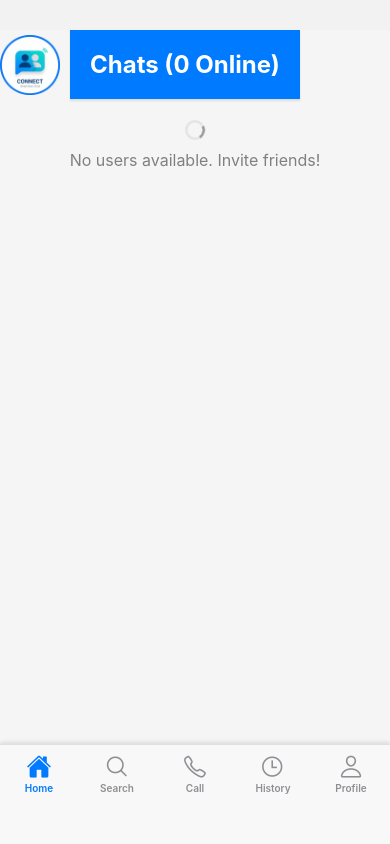
Repository: UdayRaj04/Chatapp_native
Screen: /MainTabs (app in ChatAppFrontend/)
These files come from the project's save history. The screen is drawn as it stood at one moment and after the next save; the edit follows.
The app was drawn by React Native's web renderer in a window 390 px wide. The project was rebuilt for these pictures with package versions that can differ from the ones it lists, and the page was loaded fresh each time. Some packages were replaced by stand-ins written for this rebuild. Also part of the build but not shown: ChatAppFrontend/screens/RegisterScreen.tsx, ChatAppFrontend/screens/ChatScreen.tsx, ChatAppFrontend/screens/SearchScreen.tsx, ChatAppFrontend/screens/AnalyticsScreen.tsx, ChatAppFrontend/screens/HistoryScreen.tsx, ChatAppFrontend/screens/ProfileScreen.tsx.

Above is the screen before, as saved 2025-09-09 17:51:48.

### ChatAppFrontend/App.tsx
import 'react-native-get-random-values';  // Polyfill first
import React from 'react';
import { NavigationContainer } from '@react-navigation/native';
import { createStackNavigator } from '@react-navigation/stack';
import { createBottomTabNavigator } from '@react-navigation/bottom-tabs';
import { Ionicons } from '@expo/vector-icons';
import { LogBox, View } from 'react-native';
import { SafeAreaProvider } from 'react-native-safe-area-context';  // New: For dynamic insets

// Suppress warnings
LogBox.ignoreLogs([
  'Text strings must be rendered within a <Text> component',
  'VirtualizedList: You have a large list that is slow to initial render',
  'Require cycle:',
  /Warning: [A-Za-z ]*Text strings[A-Za-z ]*/,
]);

// Your existing screens
import LoginScreen from './screens/LoginScreen';
import RegisterScreen from './screens/RegisterScreen';
import ChatListScreen from './screens/ChatListScreen';
import ChatScreen from './screens/ChatScreen';

// Placeholder screens (ensure they exist)
import SearchScreen from './screens/SearchScreen';
import AnalyticsScreen from './screens/AnalyticsScreen';
import HistoryScreen from './screens/HistoryScreen';
import ProfileScreen from './screens/ProfileScreen';

const Stack = createStackNavigator();
const Tab = createBottomTabNavigator();

// Main Tab Navigator (enhanced with safe area for no overlap)
function MainTabs() {
  return (
    <Tab.Navigator
      screenOptions={({ route }) => ({
        tabBarIcon: ({ focused, color, size }) => {
          let iconName: keyof typeof Ionicons.glyphMap;

          if (route.name === 'Chats') {
            iconName = focused ? 'home' : 'home-outline';
          } else if (route.name === 'Search') {
            iconName = focused ? 'search' : 'search-outline';
          } else if (route.name === 'Call') {
            iconName = focused ? 'call' : 'call-outline';
          } else if (route.name === 'History') {
            iconName = focused ? 'time' : 'time-outline';
          } else {
            iconName = focused ? 'person' : 'person-outline';
          }

          return <Ionicons name={iconName} size={size} color={color} />;
        },
        tabBarActiveTintColor: '#007AFF',
        tabBarInactiveTintColor: '#8e8e93',
        tabBarStyle: {
          backgroundColor: '#f8f8f8',
          borderTopWidth: 0.5,
          borderTopColor: '#e0e0e0',
          elevation: 8,
          shadowColor: '#000',
          shadowOffset: { width: 0, height: -2 },
          shadowOpacity: 0.1,
          shadowRadius: 4,
          height: 100,  // Increased: Taller tab bar (60 was too tight; 70 + labels)
          paddingBottom: 50,  // Reduced top padding for balance
          paddingTop: 5,
          position: 'absolute',  // Explicit: Ensures absolute positioning
          bottom: 0,  // Pin to bottom
          left: 0,
          right: 0,
          marginBottom: 0,  // No extra margin
        },
        tabBarLabelStyle: {
          fontSize: 10,
          fontWeight: '600',
          marginBottom: 0,  // Tight labels
        },
        headerShown: false,
        lazy: true,
        // New: Apply safe area padding to tab screens (prevents overlap)
        cardStyle: { paddingBottom: 0 },  // No extra card padding
      })}
    >
      <Tab.Screen name="Chats" component={ChatListScreen} options={{ title: 'Home' }} />
      <Tab.Screen name="Search" component={SearchScreen} options={{ title: 'Search' }} />
      <Tab.Screen name="Call" component={AnalyticsScreen} options={{ title: 'Call' }} />
      <Tab.Screen name="History" component={HistoryScreen} options={{ title: 'History' }} />
      <Tab.Screen name="Profile" component={ProfileScreen} options={{ title: 'Profile' }} />
    </Tab.Navigator>
  );
}

// Main App - Wrapped in SafeAreaProvider
export default function App() {
  return (
    <SafeAreaProvider>  {/* New: Enables useSafeAreaInsets() */}
      <View style={{ flex: 1 }}>
        <NavigationContainer>
          <Stack.Navigator
            initialRouteName="Login"
            screenOptions={{
              headerShown: false,
              cardStyle: { backgroundColor: '#f5f5f5' },
            }}
          >
            <Stack.Screen name="Login" component={LoginScreen} />
            <Stack.Screen name="Register" component={RegisterScreen} />
            <Stack.Screen name="MainTabs" component={MainTabs} />
            <Stack.Screen
              name="Chat"
              component={ChatScreen}
              options={{
                headerShown: true,
                headerTitle: 'Chat',
                headerStyle: { backgroundColor: '#007AFF' },
                headerTintColor: '#fff',
                presentation: 'modal',
                // Hide tabs in chat to avoid overlap
                tabBarStyle: { display: 'none' },
              }}
            />
          </Stack.Navigator>
        </NavigationContainer>
      </View>
    </SafeAreaProvider>
  );
}

### ChatAppFrontend/screens/LoginScreen.tsx
import React, { useState } from 'react';
import {
  View,
  TextInput,
  TouchableOpacity,
  Text,
  StyleSheet,
  Alert,
  ActivityIndicator,
  KeyboardAvoidingView,
  Platform,
  Image,  // New: For logo
} from 'react-native';
import { Ionicons } from '@expo/vector-icons';  // For input icons
import { useSafeAreaInsets } from 'react-native-safe-area-context';  // For insets (provider in App.tsx)
import { useNavigation } from '@react-navigation/native';  // For navigation
import AsyncStorage from '@react-native-async-storage/async-storage';
import axios, { AxiosError } from 'axios';

const API_BASE = 'http://192.168.29.93:5000/api';

interface LoginResponse {
  token: string;
  user: {
    id?: string;
    _id?: string;
    username: string;
    email: string;
  };
}

export default function LoginScreen() {
  const [email, setEmail] = useState<string>('');
  const [password, setPassword] = useState<string>('');
  const [loading, setLoading] = useState<boolean>(false);
  const [emailError, setEmailError] = useState<string>('');
  const [passwordError, setPasswordError] = useState<string>('');
  const navigation = useNavigation<any>();
  const insets = useSafeAreaInsets();  // Use insets from root provider

  const validateEmail = (email: string): boolean => {
    const emailRegex = /^[^\s@]+@[^\s@]+\.[^\s@]+$/;
    if (!email) {
      setEmailError('Email is required');
      return false;
    }
    if (!emailRegex.test(email)) {
      setEmailError('Invalid email format');
      return false;
    }
    setEmailError('');
    return true;
  };

  const validatePassword = (password: string): boolean => {
    if (!password) {
      setPasswordError('Password is required');
      return false;
    }
    if (password.length < 6) {
      setPasswordError('Password must be at least 6 characters');
      return false;
    }
    setPasswordError('');
    return true;
  };

  const handleLogin = async (): Promise<void> => {
    if (!validateEmail(email) || !validatePassword(password)) return;

    setLoading(true);
    try {
      const response = await axios.post<LoginResponse>(`${API_BASE}/auth/login`, {
        email,
        password,
      });
      await AsyncStorage.setItem('token', response.data.token);
      await AsyncStorage.setItem('user', JSON.stringify(response.data.user));
      navigation.replace('MainTabs');  // Navigate to tabs on success
    } catch (err) {
      const error = err as AxiosError;
      Alert.alert('Login Failed', error.response?.data?.error || 'Invalid credentials');
    } finally {
      setLoading(false);
    }
  };

  return (
    <KeyboardAvoidingView
      style={[styles.container, { paddingTop: insets.top }]}
      behavior={Platform.OS === 'ios' ? 'padding' : 'height'}
      enabled={true}
    >
      {/* Title with Logo */}
      <View style={styles.titleContainer}>
        {/* New: Bigger Logo */}
        <Image
          source={require('../assets/logos.png')}  // Adjust path if needed (e.g., '../../assets/logo.png')
          style={styles.logo}
          resizeMode="contain"
        />
        <Text style={styles.title}>Seamless Chat</Text>
        <Text style={styles.subtitle}>Welcome back! Sign in to continue</Text>
      </View>

      {/* Form */}
      <View style={styles.formContainer}>
        {/* Email Input */}
        <View style={styles.inputContainer}>
          <Ionicons name="mail" size={24} color="#999" style={styles.inputIcon} />
          <TextInput
            style={[styles.input, emailError ? styles.inputError : null]}
            value={email}
            onChangeText={(text) => {
              setEmail(text);
              if (emailError) validateEmail(text);
            }}
            placeholder="Email"
            keyboardType="email-address"
            autoCapitalize="none"
            onBlur={() => validateEmail(email)}
          />
        </View>
        {emailError ? <Text style={styles.errorText}>{emailError}</Text> : null}

        {/* Password Input */}
        <View style={styles.inputContainer}>
          <Ionicons name="lock-closed" size={24} color="#999" style={styles.inputIcon} />
          <TextInput
            style={[styles.input, passwordError ? styles.inputError : null]}
            value={password}
            onChangeText={(text) => {
              setPassword(text);
              if (passwordError) validatePassword(text);
            }}
            placeholder="Password"
            secureTextEntry={true}
            onBlur={() => validatePassword(password)}
          />
        </View>
        {passwordError ? <Text style={styles.errorText}>{passwordError}</Text> : null}

        {/* Login Button */}
        <TouchableOpacity
          style={[styles.button, loading ? styles.buttonDisabled : null]}
          onPress={handleLogin}
          disabled={loading}
          activeOpacity={0.7}
        >
          {loading ? (
            <ActivityIndicator size="small" color="#fff" />
          ) : (
            <Text style={styles.buttonText}>Login</Text>
          )}
        </TouchableOpacity>

        {/* Register Link */}
        <TouchableOpacity
          style={styles.linkContainer}
          onPress={() => navigation.navigate('Register')}
        >
          <Text style={styles.linkText}>Don't have an account? Register</Text>
        </TouchableOpacity>
      </View>
    </KeyboardAvoidingView>
  );
}

const styles = StyleSheet.create({
  container: {
    flex: 1,
    backgroundColor: '#f5f5f5',
    justifyContent: 'center',
    alignItems: 'center',
  },
  titleContainer: {
    alignItems: 'center',
    marginBottom: 50,  // Increased: More space after logo/title to form
  },
  // New: Logo Style (Bigger, Centered)
  logo: {
    width: 120,  // Bigger size - adjust as needed (e.g., 100 for smaller)
    height: 120,
    marginBottom: 20,  // Space between logo and title
    alignSelf: 'center',
  },
  title: {
    fontSize: 32,
    fontWeight: 'bold',
    color: '#333',
    marginBottom: 5,
  },
  subtitle: {
    fontSize: 16,
    color: '#666',
    textAlign: 'center',
  },
  formContainer: {
    width: '85%',  // Responsive width
    alignItems: 'center',
  },
  inputContainer: {
    flexDirection: 'row',
    alignItems: 'center',
    backgroundColor: '#fff',
    borderRadius: 10,
    marginBottom: 15,
    paddingHorizontal: 15,
    elevation: 2,
    shadowColor: '#000',
    shadowOffset: { width: 0, height: 1 },
    shadowOpacity: 0.1,
    shadowRadius: 2,
    width: '100%',
  },
  inputIcon: {
    marginRight: 10,
  },
  input: {
    flex: 1,
    paddingVertical: 12,
    fontSize: 16,
    color: '#333',
  },
  inputError: {
    borderWidth: 1,
    borderColor: '#ff6b6b',
  },
  errorText: {
    color: '#ff6b6b',
    fontSize: 12,
    marginBottom: 10,
    alignSelf: 'flex-start',
  },
  button: {
    backgroundColor: '#007AFF',
    borderRadius: 10,
    paddingVertical: 15,
    width: '100%',
    alignItems: 'center',
    marginTop: 10,
    elevation: 2,
    shadowColor: '#007AFF',
    shadowOffset: { width: 0, height: 2 },
    shadowOpacity: 0.2,
    shadowRadius: 4,
  },
  buttonDisabled: {
    backgroundColor: '#ccc',
  },
  buttonText: {
    color: '#fff',
    fontSize: 18,
    fontWeight: 'bold',
  },
  linkContainer: {
    marginTop: 20,
    alignItems: 'center',
  },
  linkText: {
    color: '#007AFF',
    fontSize: 16,
    textDecorationLine: 'underline',
  },
});

### ChatAppFrontend/screens/ChatListScreen.tsx
import React, { useState, useEffect } from 'react';
import {
  View,
  FlatList,
  Text,
  TouchableOpacity,
  StyleSheet,
  Alert,
  ActivityIndicator,
  Image,
} from 'react-native';
import { Ionicons } from '@expo/vector-icons';  // New: For user icons (person-circle)
import { useSafeAreaInsets } from 'react-native-safe-area-context';  // From previous (for padding)
import AsyncStorage from '@react-native-async-storage/async-storage';
import axios, { AxiosError } from 'axios';
import io, { Socket } from 'socket.io-client';

const API_BASE = 'http://192.168.29.93:5000/api';

interface User {
  _id: string;
  id?: string;
  username: string;
  email: string;
}

export default function ChatListScreen({ navigation }: { navigation: any }) {
  const [users, setUsers] = useState<User[]>([]);
  const [loading, setLoading] = useState<boolean>(true);
  const [currentUser, setCurrentUser] = useState<User | null>(null);
  const [socket, setSocket] = useState<Socket | null>(null);
  const [onlineUsers, setOnlineUsers] = useState<Set<string>>(new Set());

  // Safe area for dynamic padding (from previous)
  const insets = useSafeAreaInsets();
  const bottomPadding = Math.max(120, insets.bottom + 70);

  useEffect(() => {
    loadUser();
    fetchUsers();

    const initSocket = async () => {
      const token = await AsyncStorage.getItem('token');
      if (token) {
        const newSocket = io(API_BASE.replace('/api', ''), {
          auth: { token },
        });
        setSocket(newSocket);
        newSocket.on('connect_error', () => Alert.alert('Socket Error', 'Connection failed'));

        newSocket.on('userOnline', (data) => {
          console.log('User online:', data.userId);
          setOnlineUsers((prev) => new Set([...prev, data.userId]));
        });

        newSocket.on('userOffline', (data) => {
          console.log('User offline:', data.userId);
          setOnlineUsers((prev) => {
            const newSet = new Set(prev);
            newSet.delete(data.userId);
            return newSet;
          });
        });

        newSocket.on('onlineUsersList', (data) => {
          console.log('Initial online users:', data.onlineUsers);
          setOnlineUsers(new Set(data.onlineUsers));
        });

        newSocket.on('connect', () => {
          console.log('Socket connected - requesting online users');
          newSocket.emit('getOnlineUsers');
        });
      }
    };
    initSocket();

    return () => {
      socket?.disconnect();
    };
  }, []);

  const loadUser = async (): Promise<void> => {
    const userStr = await AsyncStorage.getItem('user');
    if (userStr) {
      setCurrentUser(JSON.parse(userStr));
    }
    setLoading(false);
  };

  const fetchUsers = async (): Promise<void> => {
    const token = await AsyncStorage.getItem('token');
    if (!token) return;
    try {
      const response = await axios.get<User[]>(`${API_BASE}/users`, {
        headers: { Authorization: `Bearer ${token}` },
      });
      const validUsers = response.data.filter(u =>
        u && u.username && (u._id || u.id) && typeof u.username === 'string'
      );
      setUsers(validUsers);
    } catch (err) {
      const error = err as AxiosError;
      Alert.alert('Error', error.response?.data?.error || 'Failed to load users');
    }
  };

  const startChat = (otherUser: User): void => {
    const userId = otherUser.id || otherUser._id;
    console.log('Starting chat with userId:', userId);
    if (!userId) {
      Alert.alert('Error', 'Invalid user data');
      return;
    }
    navigation.navigate('Chat', {
      otherUserId: userId,
      otherUserName: otherUser.username,
    });
  };

  const renderUser = ({ item }: { item: User }): JSX.Element => {
    if (!item || !item.username || !(item._id || item.id)) {
      return (
        <View style={styles.userItem}>
          <View style={styles.userContent}>
            <Text style={styles.username}>Invalid user entry</Text>
          </View>
        </View>
      );
    }
    const userId = item.id || item._id;
    const isOnline = onlineUsers.has(userId);
    const userIdShort = userId.substring(0, 8) + '...';
    return (
      <TouchableOpacity onPress={() => startChat(item)} style={styles.userItem} activeOpacity={0.7}>
        <View style={styles.userContent}>
          {/* New: User icon on left */}
          <View style={styles.iconContainer}>
            <Ionicons
              name="person-circle"
              size={50}
              color={isOnline ? '#007AFF' : '#ccc'}  // Green for online, gray for offline
            />
            {/* Optional: Small online dot (green circle below icon) */}
            {isOnline && (
              <View style={styles.onlineDot} />
            )}
          </View>
          {/* Text content on right */}
          <View style={styles.textContent}>
            <Text style={styles.username}>{item.username}</Text>
            {isOnline && <Text style={styles.onlineBadge}>Online</Text>}
            <Text style={styles.idText}>{"(ID: " + userIdShort + ")"}</Text>
          </View>
        </View>
      </TouchableOpacity>
    );
  };

  const renderEmpty = (): JSX.Element => (
    <View style={[styles.emptyContainer, { paddingBottom: bottomPadding }]}>
      <ActivityIndicator size="small" color="#999" />
      <Text style={styles.emptyText}>No users available. Invite friends!</Text>
    </View>
  );

  if (loading) {
    return (
      <View style={styles.loadingContainer}>
        <ActivityIndicator size="large" color="#0000ff" />
        <Text style={styles.loadingText}>Loading chats...</Text>
      </View>
    );
  }

  return (
    <View style={styles.container}>
      <View style={{
  flexDirection: 'row',       // 👈 Arrange items in a row
  alignItems: 'center',       // 👈 Vertically center icon & text
  marginRight: 12,
}}>
  <Image
    source={require('../assets/logos.png')}
    style={{ height: 60, width: 60, marginRight: 10 }}  // 👈 space between logo & text
  />
  <Text style={styles.title}>
    Chats ({onlineUsers.size} Online)
  </Text>
</View>
      <FlatList
        data={users}
        keyExtractor={(item, index) => (item._id || item.id || index.toString())}
        renderItem={renderUser}
        ListEmptyComponent={renderEmpty}
        contentContainerStyle={[styles.listContent, { paddingBottom: bottomPadding }]}
        style={{ flex: 1 }}
        keyboardShouldPersistTaps="handled"
        bounces={true}
        showsVerticalScrollIndicator={true}
        initialNumToRender={10}
        maxToRenderPerBatch={5}
        windowSize={10}
        removeClippedSubviews={true}
        extraData={users}
        getItemLayout={(data, index) => ({ length: 70, offset: 70 * index, index })}
      />
    </View>
  );
}

const styles = StyleSheet.create({
  container: {
    marginTop: 30,
    flex: 1,
    backgroundColor: '#f5f5f5',
  },
  title: {
    fontSize: 24,
    fontWeight: 'bold',
    padding: 20,
    color: '#ffffffff',
    textAlign: 'center',
    backgroundColor: '#007AFF',
    borderBottomWidth: 1,
    borderBottomColor: '#ddd',
    elevation: 2,
    shadowColor: '#000',
    shadowOffset: { width: 0, height: 1 },
    shadowOpacity: 0.1,
    shadowRadius: 2,
  },
  loadingContainer: {
    flex: 1,
    justifyContent: 'center',
    alignItems: 'center',
  },
  loadingText: {
    marginTop: 10,
    fontSize: 16,
    color: '#666',
  },
  listContent: {
    paddingHorizontal: 10,
  },
  userItem: {
    backgroundColor: '#fff',
    marginVertical: 5,
    marginHorizontal: 10,
    borderRadius: 10,
    padding: 15,
    elevation: 2,
    shadowColor: '#000',
    shadowOffset: { width: 0, height: 1 },
    shadowOpacity: 0.2,
    shadowRadius: 1.41,
    // New: Taller for icon row
    minHeight: 70,
  },
  userContent: {
    flex: 1,
    flexDirection: 'row',  // New: Row for icon + text
    alignItems: 'center',  // New: Vertical center
  },
  // New: Icon container (left side)
  iconContainer: {
    marginRight: 15,  // Space between icon and text
    position: 'relative',  // For online dot positioning
  },
  // New: Text content wrapper (right side)
  textContent: {
    flex: 1,  // Take remaining space
    flexDirection: 'column',  // Stack username, badge, ID
    justifyContent: 'flex-start',
  },
  username: {
    fontSize: 18,
    fontWeight: 'bold',
    marginBottom: 2,  // Small space before badge/ID
  },
  onlineBadge: {
    fontSize: 12,
    color: '#007AFF',
    fontWeight: 'bold',
    marginBottom: 2,
  },
  idText: {
    fontSize: 12,
    color: 'gray',
  },
  // New: Online status dot (small green circle under icon)
  onlineDot: {
    position: 'absolute',
    bottom: 0,
    right: 0,
    width: 12,
    height: 12,
    borderRadius: 6,
    backgroundColor: '#007AFF',
    borderWidth: 2,
    borderColor: '#fff',  // White border for visibility
  },
  emptyContainer: {
    justifyContent: 'center',
    alignItems: 'center',
    padding: 20,
  },
  emptyText: {
    fontSize: 16,
    color: 'gray',
    textAlign: 'center',
    marginTop: 10,
  },
});

Loaded but not shown: ChatAppFrontend/index.ts (common file)

After the next save:
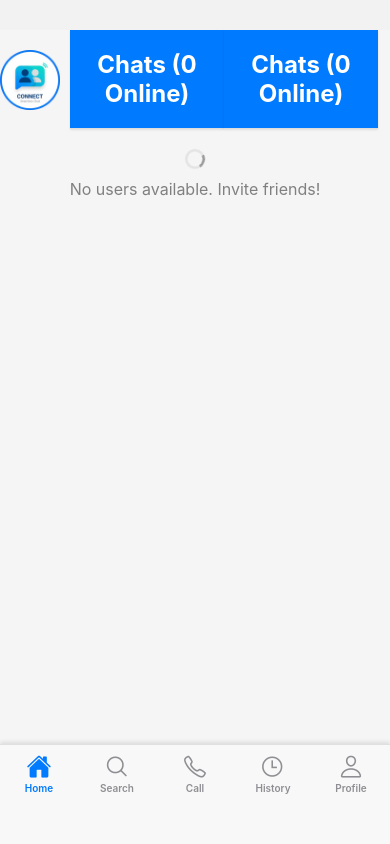
Saved 25 s later.
--- a/ChatAppFrontend/screens/ChatListScreen.tsx
+++ b/ChatAppFrontend/screens/ChatListScreen.tsx
@@ -187,6 +187,9 @@ export default function ChatListScreen({ navigation }: { navigation: any }) {
   <Text style={styles.title}>
     Chats ({onlineUsers.size} Online)
   </Text>
+  <Text style={styles.title}>
+    Chats ({onlineUsers.size} Online)
+  </Text>
 </View>
       <FlatList
         data={users}
